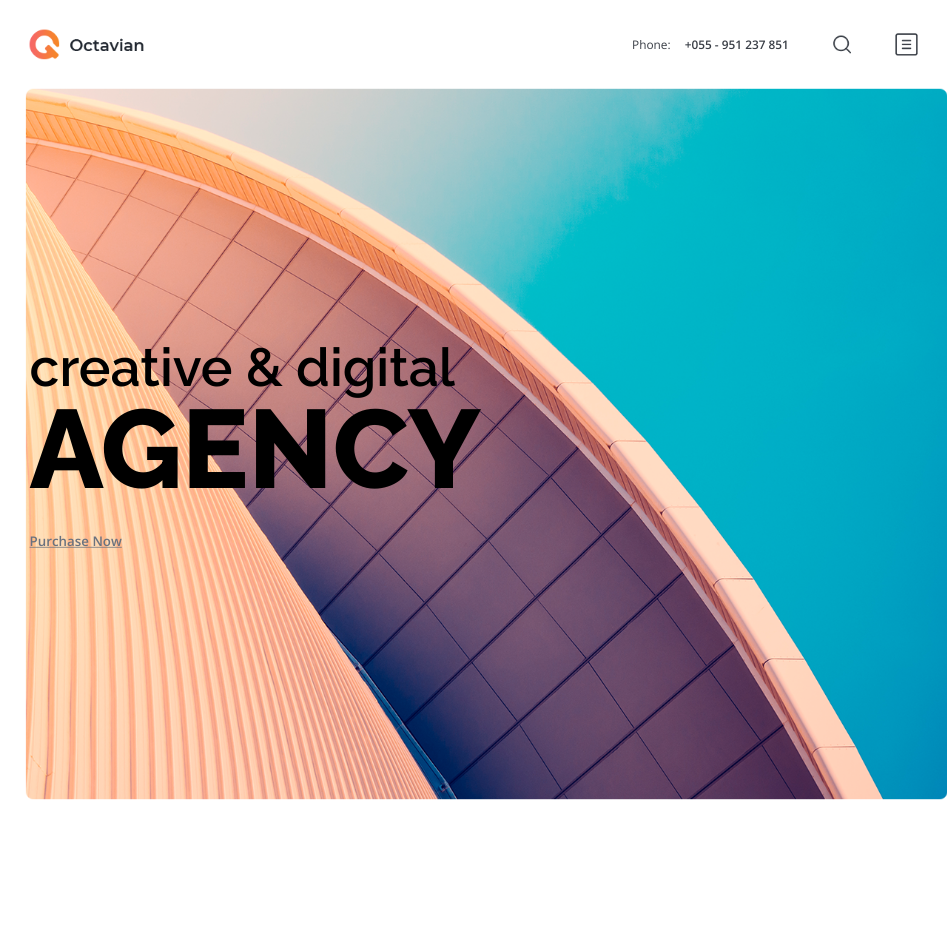
Repository: kate30980/LP-practiceoctavian
Page: index.html
The author's editor kept a copy of each file at every save. The page is drawn from the files as they stood at one save, then again after the next save.
The browser window is 1280 px wide. The pictures show the whole page, at 74% of full size.
The style sheet was rebuilt from its Sass, Less or Tailwind sources for each picture, by a compiler version that may differ from the author's.

Above is the page before, as saved 2021-08-25 09:27:53.

After the next save:
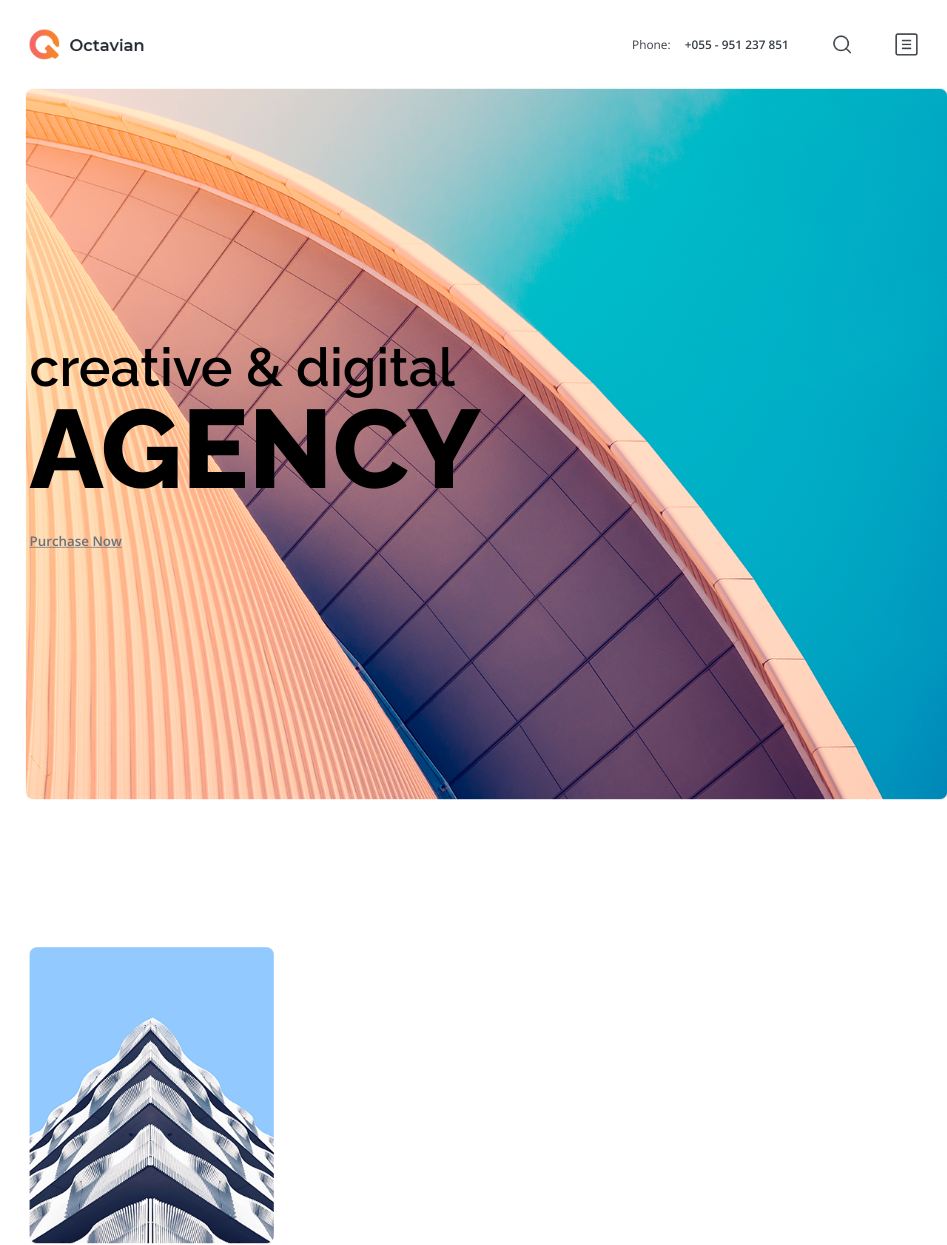
Saved 61 s later.
--- a/index.html
+++ b/index.html
@@ -43,7 +43,13 @@
         <section class="portfolio">
             <div class="container">
                 <div class="portfolio-list">
-                    <div class="portfolio-collumn"></div>
+                    <div class="portfolio-collumn">
+                        <div class="portfolio-item">
+                            <div class="portfolio-image">
+                                <img src="./images/img2.png" alt="img2">
+                            </div>
+                        </div>
+                    </div>
                     <div class="portfolio-collumn"></div>
                     <div class="portfolio-collumn"></div>
                 </div>
